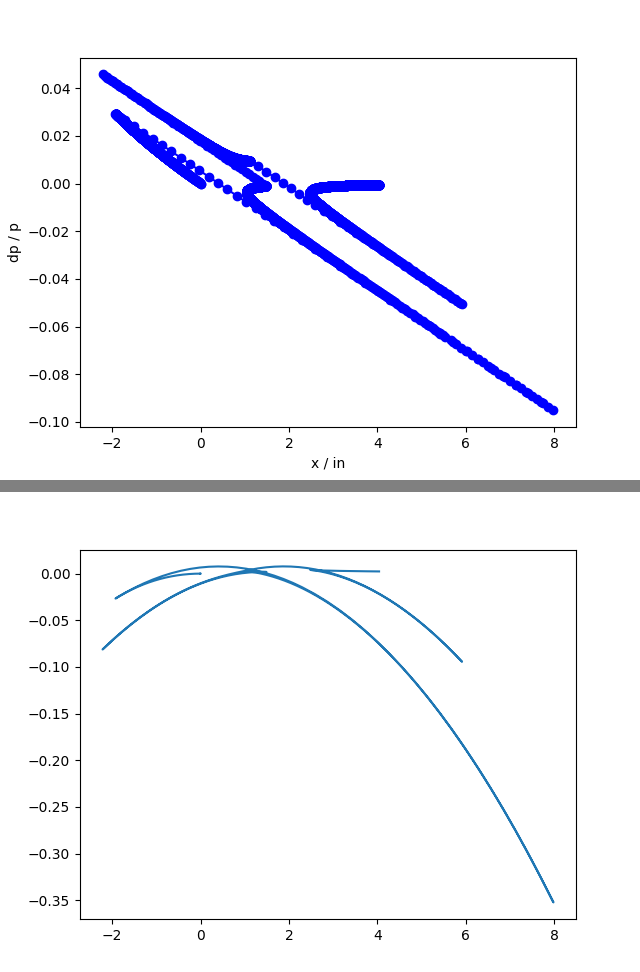
Repository: leiradom/Modified-linear-theory
Script's output: python 3_Shock_correction.py
The author's editor kept a copy of each file at every save. The script's output is drawn from the files as they stood at one save, then again after the next save.
Each picture stacks the figures in order, with grey between them; figures that are only written to a file come last. Random numbers start from a fixed seed.

Above is the script's output before, as saved 2021-04-17 11:02:19.

### 3_Shock_correction.py
'''
激波修正
本程序用于修正激波的非线性扭曲效应，修正方法为HB方法
'''

import math
import numpy as np
import matplotlib.pyplot as plt

pressure = np.loadtxt("pressuremodel20.txt",dtype=np.float64)   #存放未修正的压力信号
a = len(pressure)                                              #未加点时的点数

X = np.ones(a,dtype=np.float64)     #存放x的数组 用于加点用的横坐标数组
Y = np.ones(a,dtype=np.float64)     #存放y的数组 用于加点用的纵坐标数组
X1 = np.zeros(1,dtype=np.float64)
Y1 = np.zeros(1,dtype=np.float64)
b0 = 20                             #每一个 较大的距离之间增加的点数
x0 = np.zeros(b0+1,dtype=np.float64)
y0 = np.zeros(b0+1,dtype=np.float64)

#先将未修正压力信号存入X,Y中
for i in range(0,a):
    c = pressure[i][0]
    d = pressure[i][1]
    #ca = cau[i][1]
    X[i] = c
    Y[i] = d
'''
#没问题
X0 = X
Y0 = Y
'''

#------------1先找出第一个强间断的地方,已经核实，l0没有问题
for i0 in range(0,a-1):
    if(math.sqrt((X[i0+1] - X[i0])**2 + (Y[i0+1] - Y[i0])**2) >0.3):   #1.3
    #if((X[i+1] - X[i]) * (Y[i+1] - Y[i])):
        #px = i0                            #记录此时的i
        #print(px,X[i0])
        l00 = math.sqrt((X[i0+1] - X[i0])**2 + (Y[i0+1] - Y[i0])**2)
        l0 = l00 / 20                     #判断是否要插值的距离 只要大于20倍的最大距离，就要增加点数
        #h0 = ((X[i0+1] - X[i0])/(b0))
        #k0 = ((Y[i0+1] - Y[i0])/(X[i0+1] - X[i0]))  #两点间的斜率
        '''
        #x0[0] = X[i0]
        #y0[0] = Y[i0]
        for j in range(1,b0):
            x0[j] = x0[j-1] + h0
            y0[j] = y0[j-1] + k0 * (x0[j] - x0[j-1])
            print(x0[j],y0[j])
        for k in range(1,b0):
            X = np.insert(X,i0+k,x0[k])
            Y = np.insert(Y,i0+k,y0[k])
        #print(Y[i0]+k0*h0)
        '''
        break
#------------print(l00) #检验是不是，验证了，就是

#print(l0)


#2---------------------给距离较大的地方都进行加点
for i in range(0,a-1):
    #li = math.sqrt((X[i+1] - X[i])**2 + (Y[i+1] - Y[i])**2)
    k0 = ((Y[i+1] - Y[i])/(X[i+1] - X[i]))  #两点间的斜率
    h0 = ((X[i+1] - X[i])/(b0))   #每一个都离散成b个点
    x0[0] = X[i]
    X1 = np.append(X1,x0[0])
    y0[0] = Y[i]
    Y1 = np.append(Y1,y0[0])
    for j in range(1,b0):
        x0[j] = x0[j-1] + h0
        X1 = np.append(X1,x0[j])
        y0[j] = y0[j-1] + k0 * (x0[j] - x0[j-1])
        Y1 = np.append(Y1,y0[j])
    #X1 = np.append(X1,x0)
    #Y1 = np.append(Y1,y0)
    #print(a)
    #p0 = i

a0 = (len(X1))

#-------积分部分----------
F = np.ones(a0, dtype=np.float64)
F[0] = 0
F[a-1] = 0
s = 0
for i in range(0,a0-1):
    #if(X[i+1]>X[i]):
    s0 = 0.5 * (X1[i+1] - X1[i]) * (Y1[i+1] + Y1[i])
    #s0 = (((Y0[j+1] + Y0[j]) * (X[j + 1] - X[j])) / (2))    #第(j+1)个梯形的面积
    s = s0 + s    #S为最后的积分
    F[i+1] = s    #是i+1不是i
    #print(X[i],Y[i])
    #if(X[i+1]<X[i])
#------积分部分-----------

#-------输出加点效果----------
print("加点前点数：",len(pressure),"加点后点数：",len(X))
#plt.scatter(X0,Y0,c='r')
plt.xlabel("x / in")
plt.ylabel("dp / p")
plt.plot(X1,Y1,'-o',c='b')
plt.show()

#--------积分图像作图---------
plt.plot(X1,F)
plt.show()

Loaded but not shown: model1_1.26_h10_P.txt (698 lines, source omitted); pressuremodel20.txt (700 lines, source omitted)

After the next save:
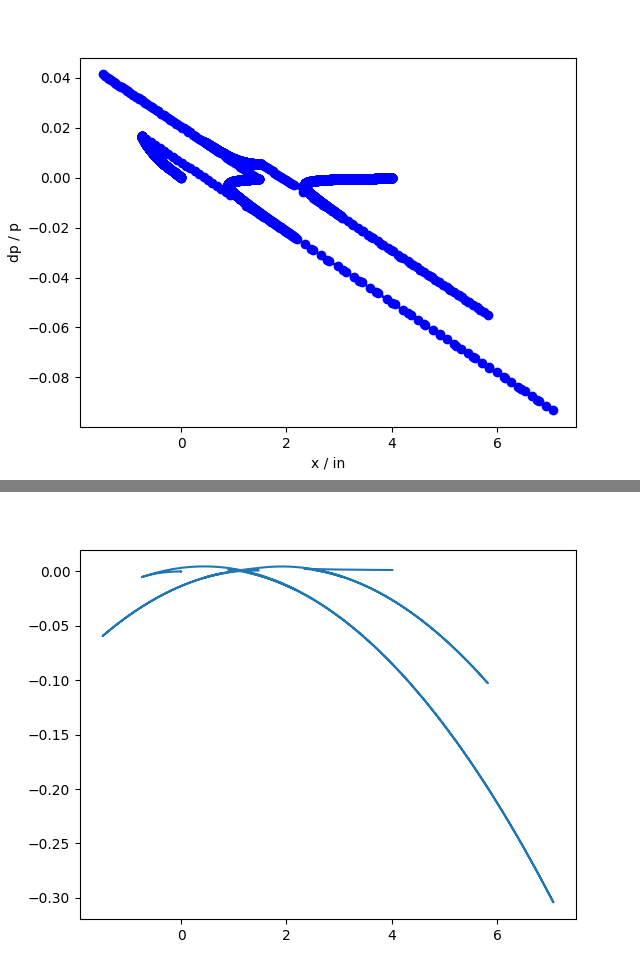
Saved 43 s later.
--- a/3_Shock_correction.py
+++ b/3_Shock_correction.py
@@ -7,7 +7,7 @@ import math
 import numpy as np
 import matplotlib.pyplot as plt
 
-pressure = np.loadtxt("pressuremodel20.txt",dtype=np.float64)   #存放未修正的压力信号
+pressure = np.loadtxt("model1_1.26_h10_P.txt",dtype=np.float64)   #存放未修正的压力信号
 a = len(pressure)                                              #未加点时的点数
 
 X = np.ones(a,dtype=np.float64)     #存放x的数组 用于加点用的横坐标数组
